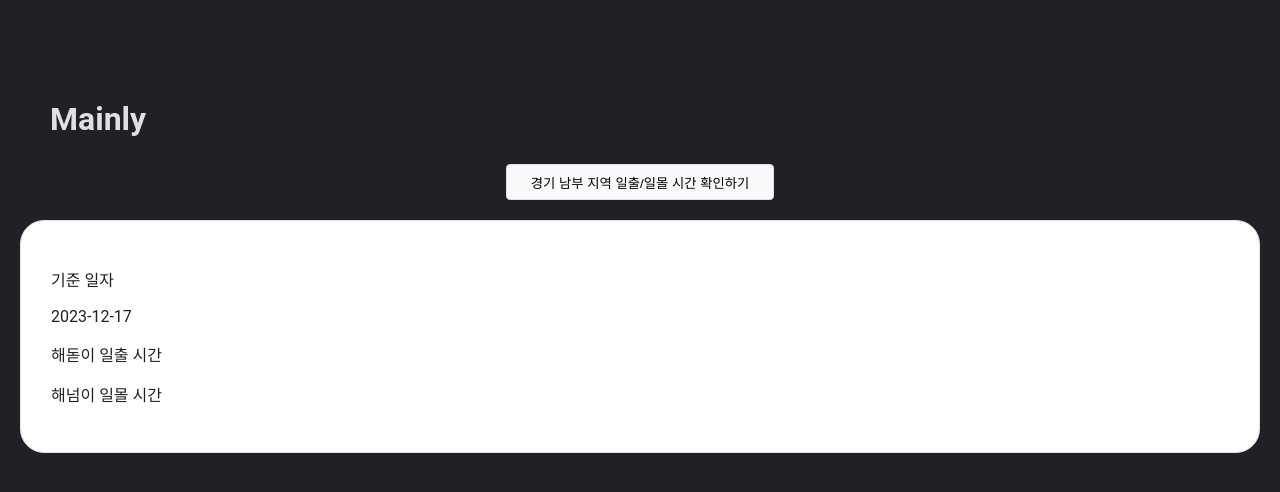
Repository: M1NARTY/WebProgramming
Page: sunsetSunrise.html
The author's editor kept a copy of each file at every save. The page is drawn from the files as they stood at one save, then again after the next save.
The browser window is 1280 px wide. The pictures show the whole page.

Above is the page before, as saved 2023-12-21 02:12:20.

### sunsetSunrise.html
<!DOCTYPE html>
<html lang="en">
    <head>
        <meta charset="UTF-8">
        <title>Mainly Sun</title>
        <link rel="stylesheet" href="css/sunsetSunrise.css">
        <script defer src="js/sun.js"></script>
    </head>
    <body>
        <h1 class="title">
            <h1><a href="./index.html">Mainly</a></h1>
        </h1>
        <div class="button">
            <button type="button" id="btn">경기 남부 지역 일출/일몰 시간 확인하기</button>
        </div>
        <div class="sunBox">
            <dl>
                <p>기준 일자</p>
                <p id="date"><script>
                    var date = new Date();
                    var year = date.getFullYear();
                    var month = ("0" + (1 + date.getMonth())).slice(-2);
                    var day = ("0" + date.getDate()).slice(-2);
                    document.write(year + "-" + month + "-" + day);
                </script></p>
                <p>해돋이 일출 시간</p>
                <p id="riseTime"></p>
                <p>해넘이 일몰 시간</p>
                <p id="setTime"></p>
            </dl>
        </div>
    </body>
</html>

### css/sunsetSunrise.css
body {
    background-color: #202027;
    color: #dfe0e1;
    font-family: "Roboto";
    height: 100%;
    margin: 0;
}

div {
    color: #202027;
}

a {
    text-decoration: none;
    text-decoration-line: none;
    color: #dfe0e1;
    font-family: "Roboto";
    color: #dfe0e1;
    margin-left: 50px;
}

.title {
    text-align: center;
    margin-top: 100px;
    font-family: "Roboto";
    font-size: 90px;
    font-style: normal;
    font-weight: 600;
    line-height: normal;
    letter-spacing: -15px;
}

.sunBox {
    margin: 20px;
    padding: 30px;
    border: 1px solid #DFE1E5;
    border-radius: 24px;
    background: #FFF;
}

#btn {
    display: flex;
    justify-content: center;
    align-items: center;
    width: 268px;
    height: 36px;
    margin: 0 auto;
    margin-top: 26px;
    border-radius: 4px;
    border: 1px solid #dfe0e1;
    background: #F8F9FA;
    gap: 20px;
}

.title h1 {
    font-family: "Roboto";
    color: #dfe0e1;
    margin-left: 50px;
}

### js/sun.js
document.addEventListener('DOMContentLoaded', function() {
    document.getElementById('btn').addEventListener('click', function() {
        var url = 'https://api.sunrise-sunset.org/json?lat=37.291111&lng=127.008888&date=today&tzId=Asia/Seoul';

        fetch(url)
            .then((response) => response.json())
            .then((data) => {
                var results = data.results;
                var sunriseTime = '';
                var sunsetTime = '';

                var sunrise = results.sunrise || '데이터 없음';
                var sunset = results.sunset || '데이터 없음';

                sunriseTime += `<p>${sunrise}</p>`;
                sunsetTime += `<p>${sunset}</p>`;

                document.querySelector('#riseTime').innerHTML = sunriseTime;
                document.querySelector('#setTime').innerHTML = sunsetTime;
            });
    });
});

After the next save:
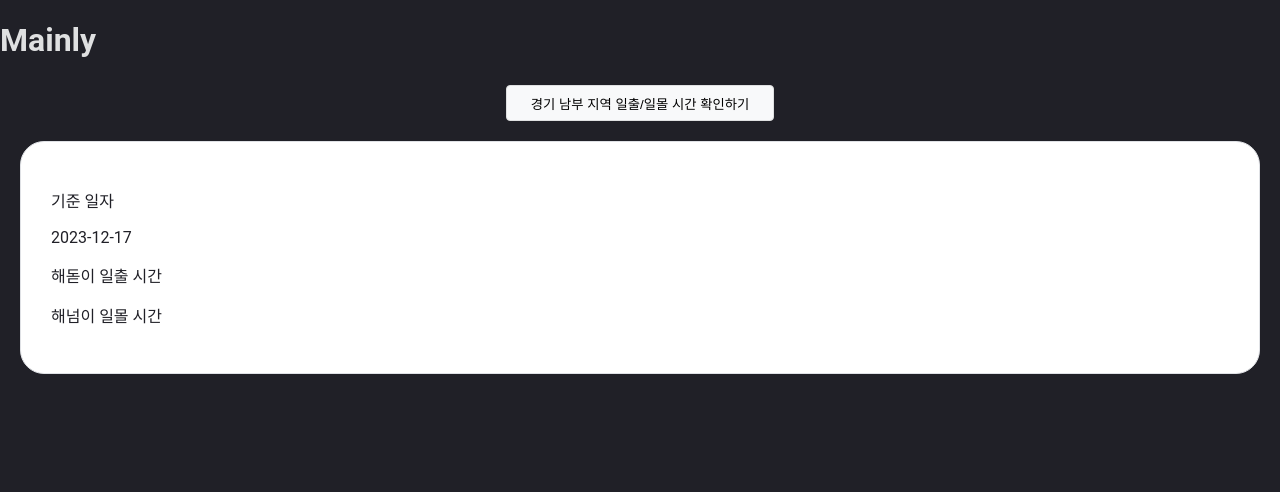
Saved 107 s later.
--- a/css/sunsetSunrise.css
+++ b/css/sunsetSunrise.css
@@ -14,12 +14,9 @@
     text-decoration: none;
     text-decoration-line: none;
     color: #dfe0e1;
-    font-family: "Roboto";
-    color: #dfe0e1;
-    margin-left: 50px;
 }
 
-.title {
+.title a{
     text-align: center;
     margin-top: 100px;
     font-family: "Roboto";

After the save that followed:
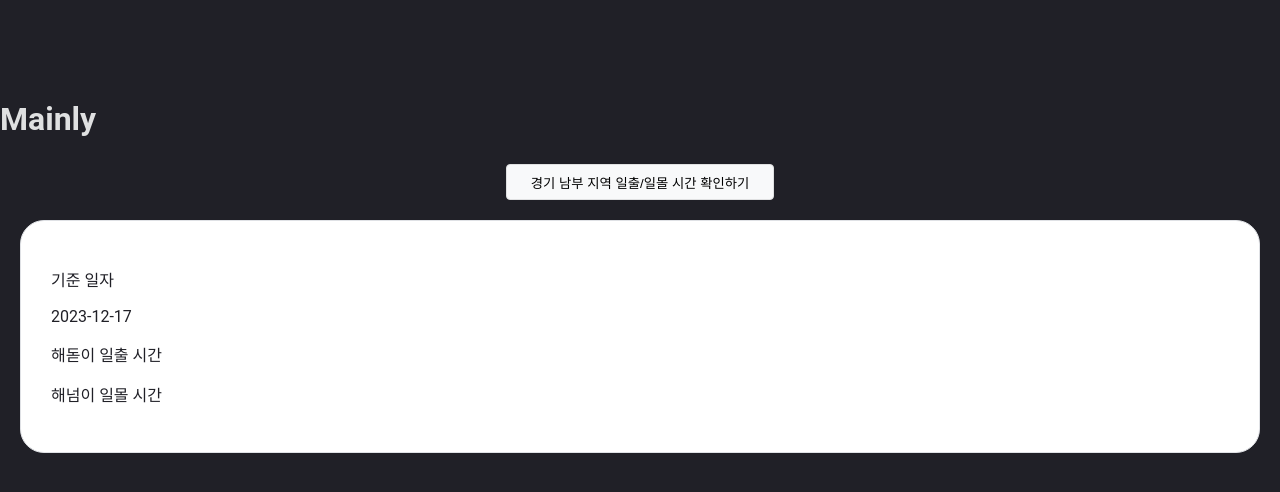
Saved 10 s later.
--- a/css/sunsetSunrise.css
+++ b/css/sunsetSunrise.css
@@ -16,7 +16,7 @@
     color: #dfe0e1;
 }
 
-.title a{
+.title {
     text-align: center;
     margin-top: 100px;
     font-family: "Roboto";
